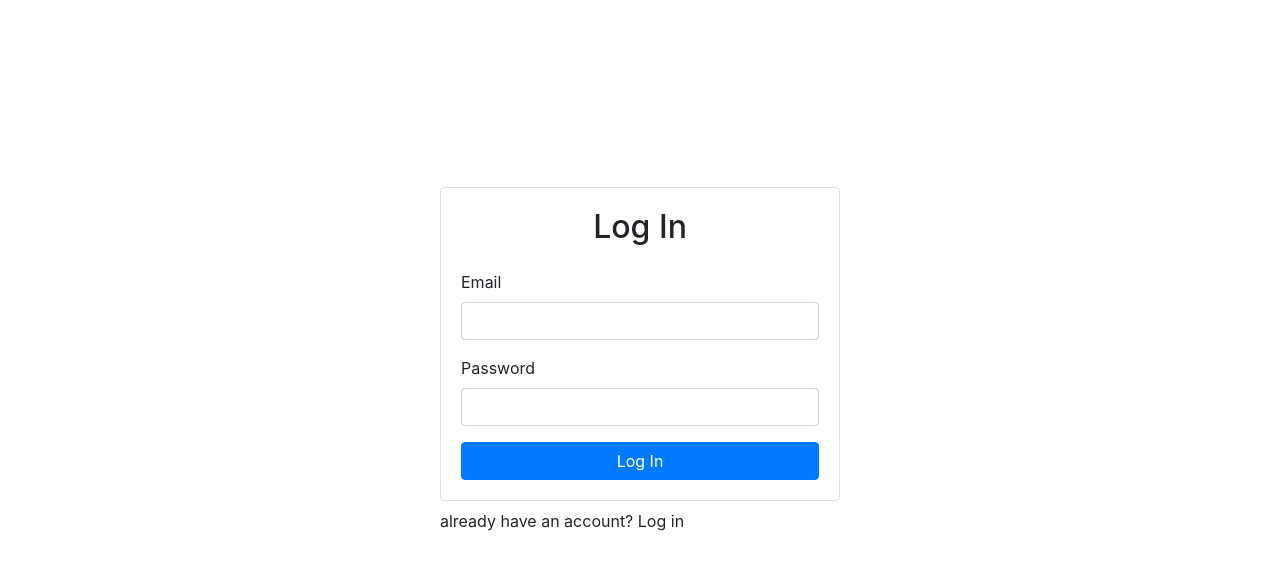
Repository: patrik-fredlund/react-firebase-auth
Page: /login
These files come from the project's save history. The page is drawn as it stood at one moment and after a run of saves; the edit follows.
The browser window is 1280 px wide. The pictures show the whole page.
The project was rebuilt for these pictures with package versions that can differ from the ones it lists, and the page was loaded fresh each time. Also part of the build but not shown: src/components/Signup.js, src/components/Dashboard.js.

Above is the page before, as saved 2021-03-13 14:01:01.

### src/components/App.js
import React from 'react'
import Signup from './Signup';
import { Container } from 'react-bootstrap';
import { AuthProvider } from '../contexts/AuthContext';
import {BrowserRouter as Router, Switch, Route } from 'react-router-dom'
import Dashboard from './Dashboard'
import Login from './Login'

function App() {
  return (
    <Container className='d-flex align-items-center justify-content-center' style={{ minHeight:'100vh'}}
    >
      <div className='w-100' style={{ maxWidth:'400px'}}>
        <Router>
      <AuthProvider>
        <Switch>
          <Route exact path='/' component={Dashboard} />
          <Route path='/signup' component={Signup} />
          <Route path='/login' component={Login} />

        </Switch>
    </AuthProvider>
        </Router>
      </div>
    </Container>
  );
}

export default App;

### src/contexts/AuthContext.js
import React, { useContext, useState, useEffect } from 'react';
import { auth } from '../firebase';

const AuthContext = React.createContext();

export function useAuth() {
  return useContext(AuthContext);
}

export function AuthProvider({ children }) {
  const [currentUser, setCurrentUser] = useState();
  const [loading, setLoading] = useState(true);

  function signup(email, password) {
    return auth.createUserWithEmailAndPassword(email, password);
  }

  useEffect(() => {
    const unsubscribe = auth.onAuthStateChanged((user) => {
      setCurrentUser(user);
      setLoading(false);
    });

    return unsubscribe;
  }, []);

  const value = {
    currentUser,
    signup,
  };

  return (
    <AuthContext.Provider value={value}>
      {!loading && children}
    </AuthContext.Provider>
  );
}

### src/components/Login.js
import React, { useRef, useState } from 'react';
import { Form, Button, Card, Alert } from 'react-bootstrap';
import { useAuth } from '../contexts/AuthContext';

export default function Login() {
  const emailRef = useRef();
  const passwordRef = useRef();
  const { signup } = useAuth();
  const [error, setError] = useState('');
  const [loading, setLoading] = useState(false);

  async function handleSubmit(e) {
    e.preventDefault();

    try {
      setError('');
      setLoading(true);
      await signup(emailRef.current.value, passwordRef.current.value);
    } catch {
      setError('Failed to set an account');
    }
    setLoading(false);
  }

  return (
    <>
      <Card>
        <Card.Body>
          <h2 className='text-center mb-4'>Log In</h2>
          {error && <Alert variant='danger'>{error}</Alert>}
          <Form onSubmit={handleSubmit}>
            <Form.Group id='email'>
              <Form.Label>Email</Form.Label>
              <Form.Control type='email' ref={emailRef} required />
            </Form.Group>
            <Form.Group id='password'>
              <Form.Label>Password</Form.Label>
              <Form.Control type='password' ref={passwordRef} required />
            </Form.Group>

            <Button disabled={loading} className='w-100' type='Submit'>
              Log In
            </Button>
          </Form>
        </Card.Body>
      </Card>
      <div className='w-100 text-center mt-2'></div>
      already have an account? Log in
    </>
  );
}

### src/firebase.js
import firebase from 'firebase/app'
import 'firebase/auth'


const app = firebase.initializeApp({
  apiKey: "AIzaSyBJbJ72e0dSZUQtUVFk6gwOkde0J4SM_Vo",
  authDomain: "auth-development-5a714.firebaseapp.com",
  projectId: "auth-development-5a714",
  storageBucket: "auth-development-5a714.appspot.com",
  messagingSenderId: "512599736591",
  appId: "1:512599736591:web:7d74dcc50ae303f93ffe7a"
  })


export const auth = app.auth()
export default app

Loaded but not shown: public/index.html (common file); src/index.js (common file)

After the next 6 saves:
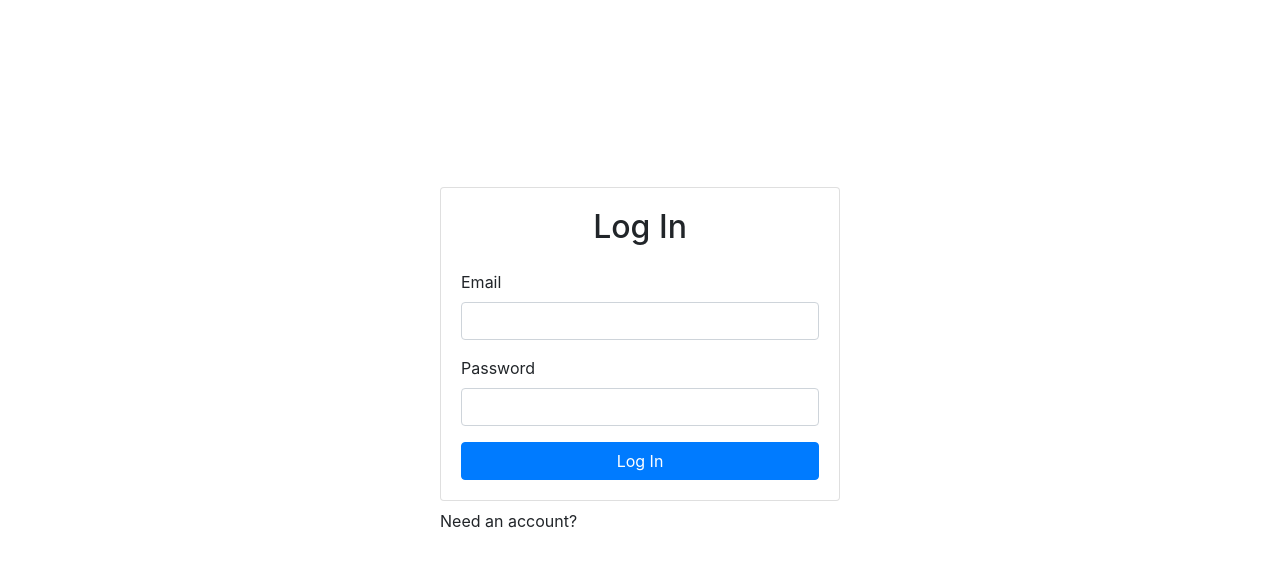
The 6 saves are shown as one change because they came seconds apart.
The last was saved 45 s later.
--- a/src/components/Login.js
+++ b/src/components/Login.js
@@ -45,7 +45,7 @@ export default function Login() {
         </Card.Body>
       </Card>
       <div className='w-100 text-center mt-2'></div>
-      already have an account? Log in
+      Need an account?
     </>
   );
 }
